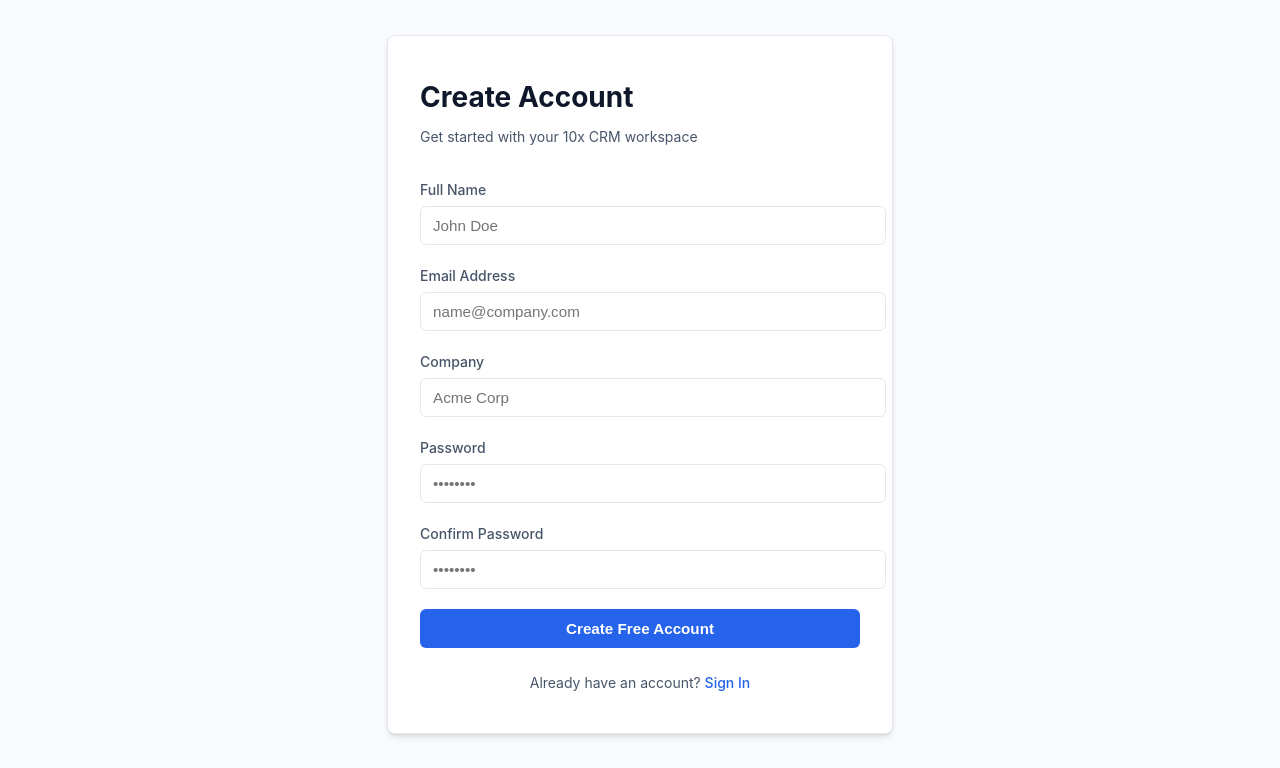
Repository: lasha-10x/2026-JS-Exam
Page: კოკი მარგალიტაძე/signup.html
An editor plug-in stored every save of this project. The page is shown before and after the next save, followed by the edit.
The browser window is 1280 px wide. The pictures show the whole page.

Above is the page before, as saved 2026-07-09 17:56:59.

After the next save:
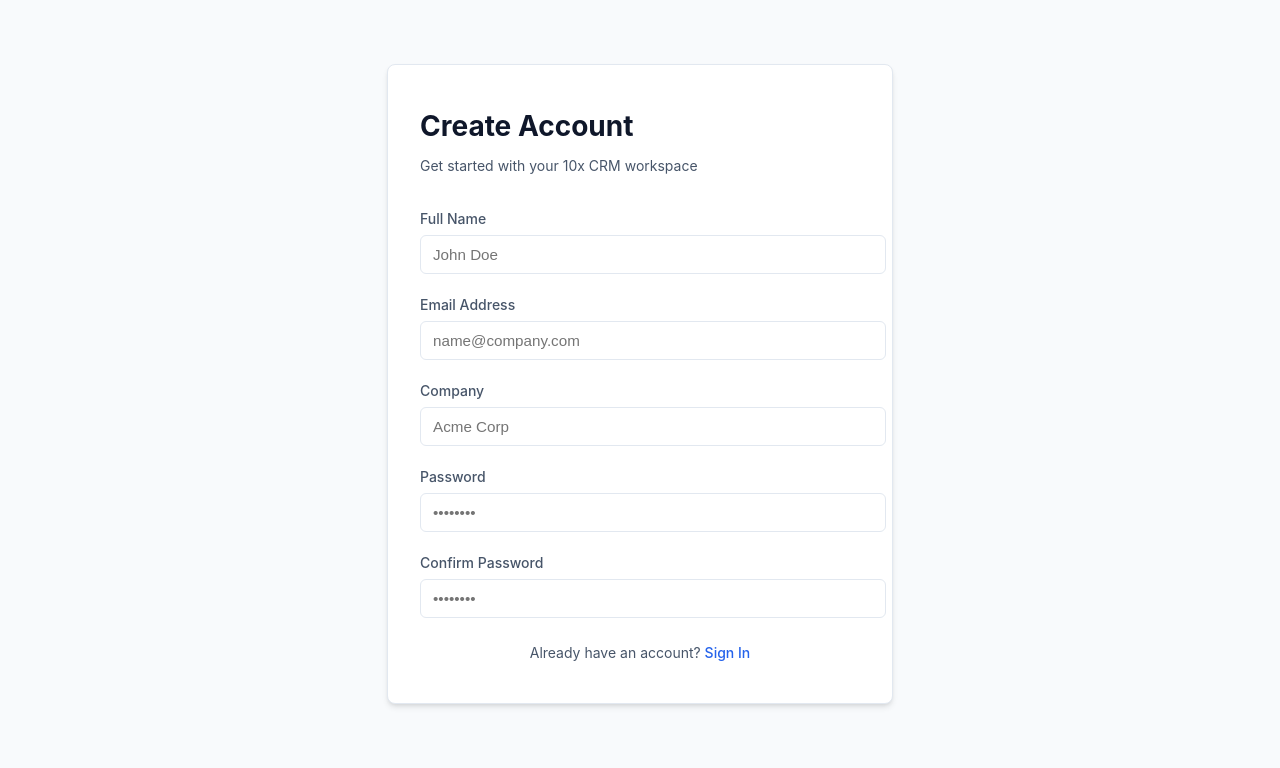
Saved 2 min 34 s later.
--- a/კოკი მარგალიტაძე/signup.html
+++ b/კოკი მარგალიტაძე/signup.html
@@ -50,7 +50,7 @@
                     <input type="password" id="signup-confirm-password" class="form-control" placeholder="••••••••" required>
                 </div>
 
-                <button type="submit" class="btn btn-primary">Create Free Account</button>
+
             </form>
 
             <div class="auth-footer">

After the save that followed:
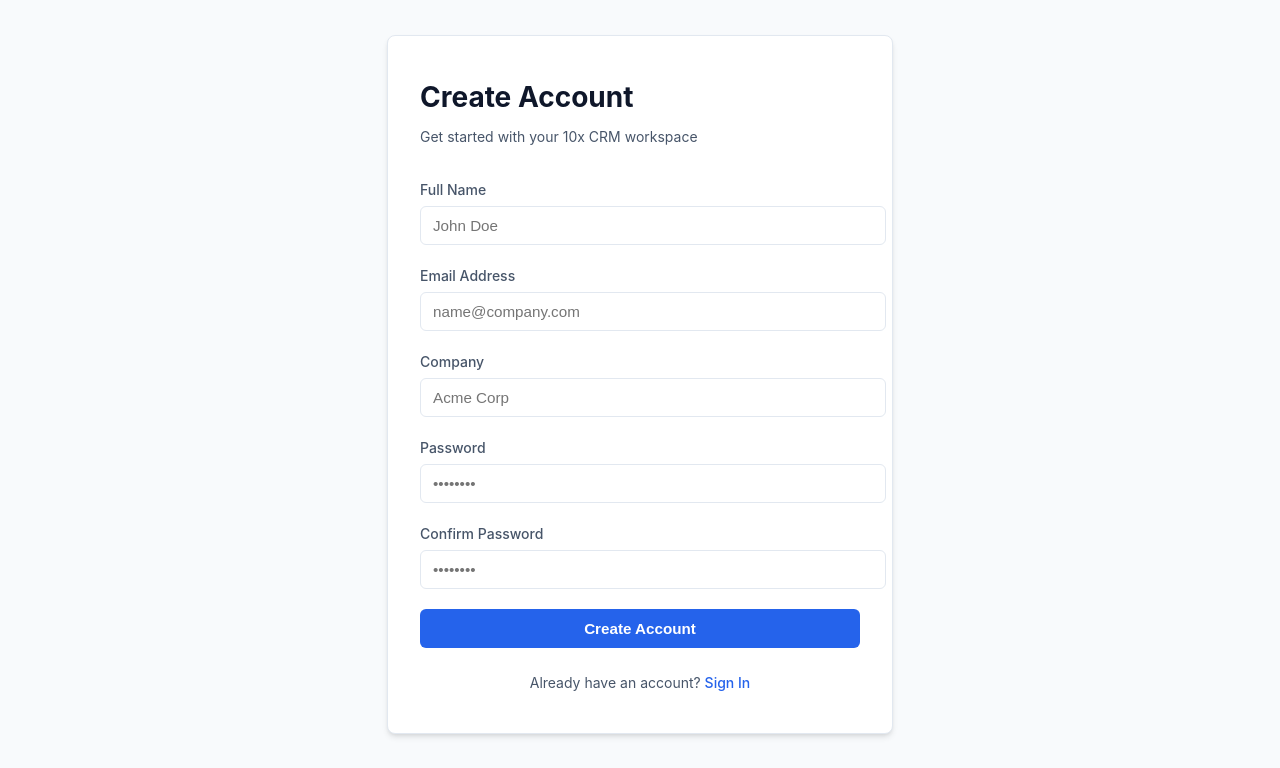
Saved 10 s later.
--- a/კოკი მარგალიტაძე/signup.html
+++ b/კოკი მარგალიტაძე/signup.html
@@ -50,7 +50,7 @@
                     <input type="password" id="signup-confirm-password" class="form-control" placeholder="••••••••" required>
                 </div>
 
-
+                <button type="submit" class="btn btn-primary">Create Account</button>
             </form>
 
             <div class="auth-footer">
